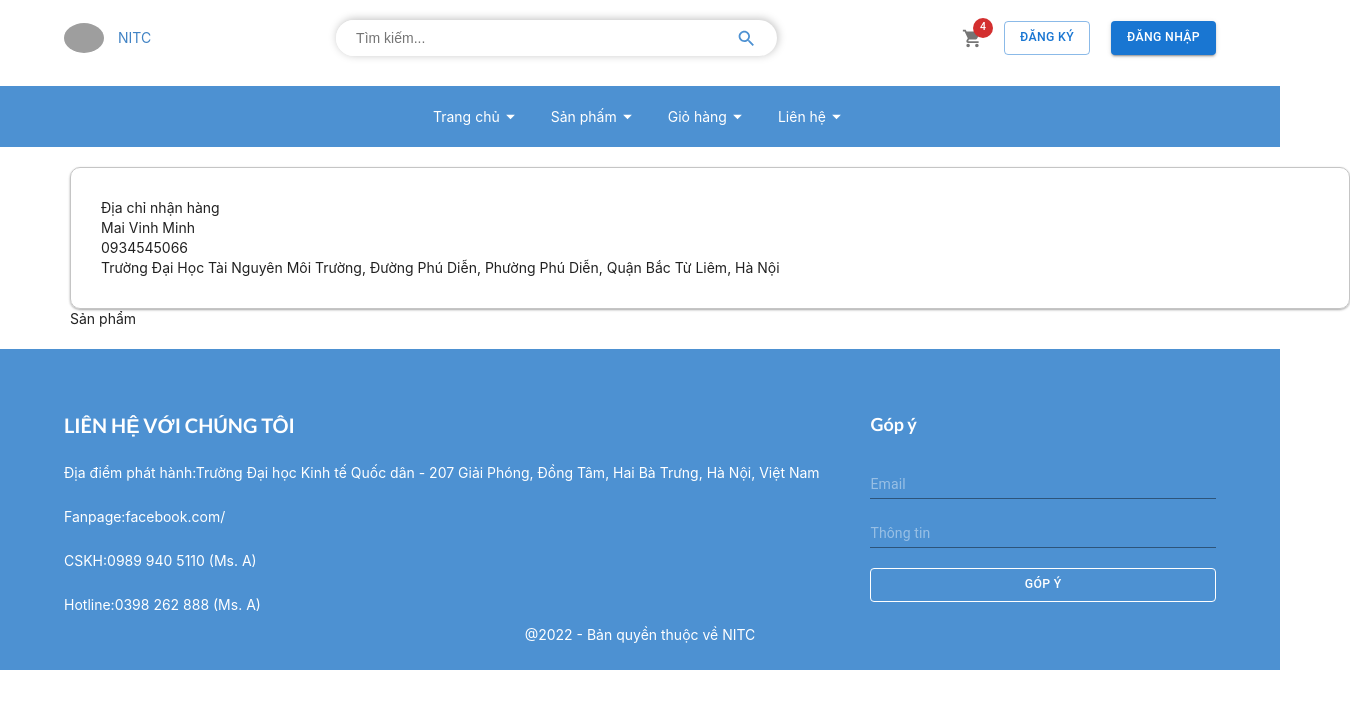
Repository: kohuyso/NEU-Market
Page: /payment (app in client/)
An editor plug-in stored every save of this project. The page is shown before and after the next save, followed by the edit.
The browser window is 1280 px wide. The page is 1350 px wide, so the pictures cover 1350 px, including what lies to the right of the window. The pictures show the whole page.
Pictures or frames that could not be fetched are drawn as grey boxes. The project was rebuilt for these pictures with package versions that can differ from the ones it lists, and the page was loaded fresh each time. Also part of the build but not shown: client/src/components/Cart/Cart.css, client/src/components/Cart/Items.jsx, client/src/components/Cart/Carts.jsx, client/src/components/Cart/Cart.js, client/src/components/Home/Home.css, client/src/components/Item/Item.css, client/src/components/Item/Item.jsx, client/src/components/Home/HotDeals.jsx and 70 more.

Above is the page before, as saved 2023-02-11 17:25:43.

After the next save:
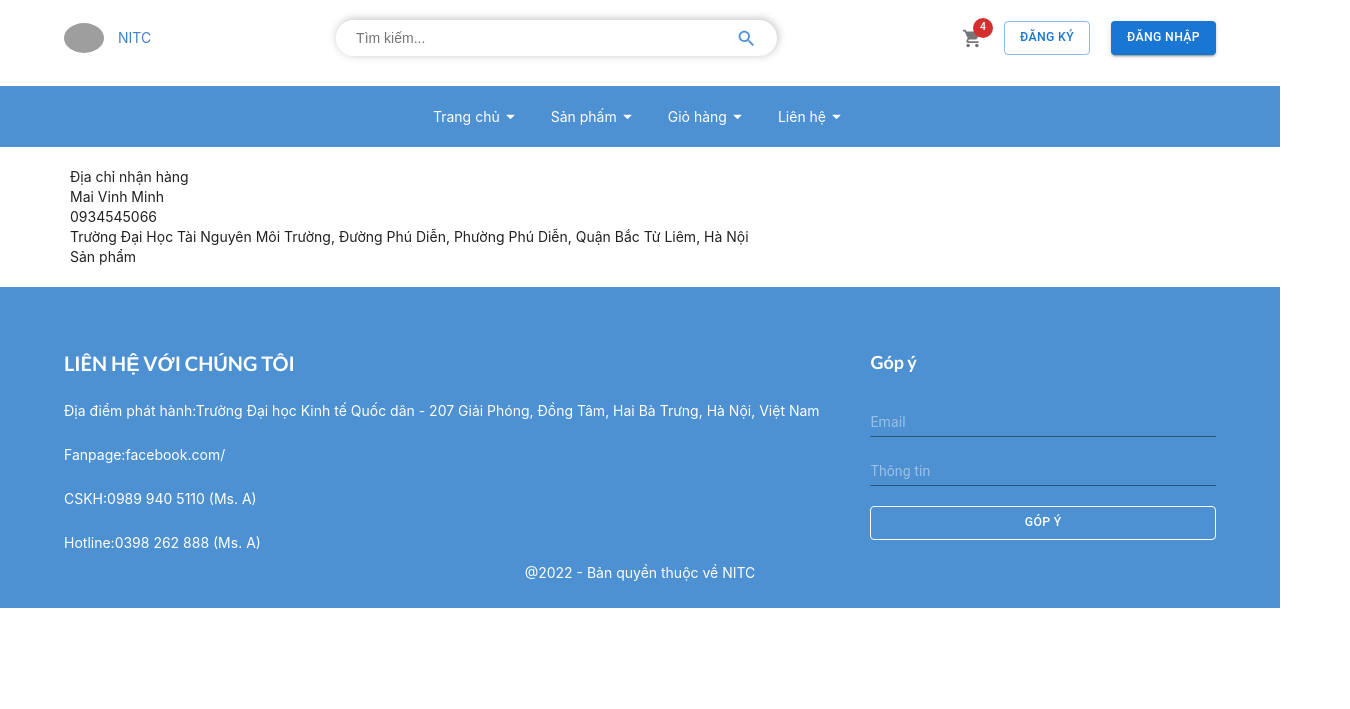
Saved 4 s later.
--- a/client/src/components/Payment/Payment.css
+++ b/client/src/components/Payment/Payment.css
@@ -13,8 +13,8 @@
     width: 100%;
     display: flex;
     flex-direction: column;
-    padding: 30px;
+    /* padding: 30px;
     border: 1px solid #c5c5c5;
     box-shadow: 0 1px 3px rgba(0,0,0,0.12), 0 1px 2px rgba(0,0,0,0.24);
-    border-radius: 10px;
+    border-radius: 10px; */
 }
